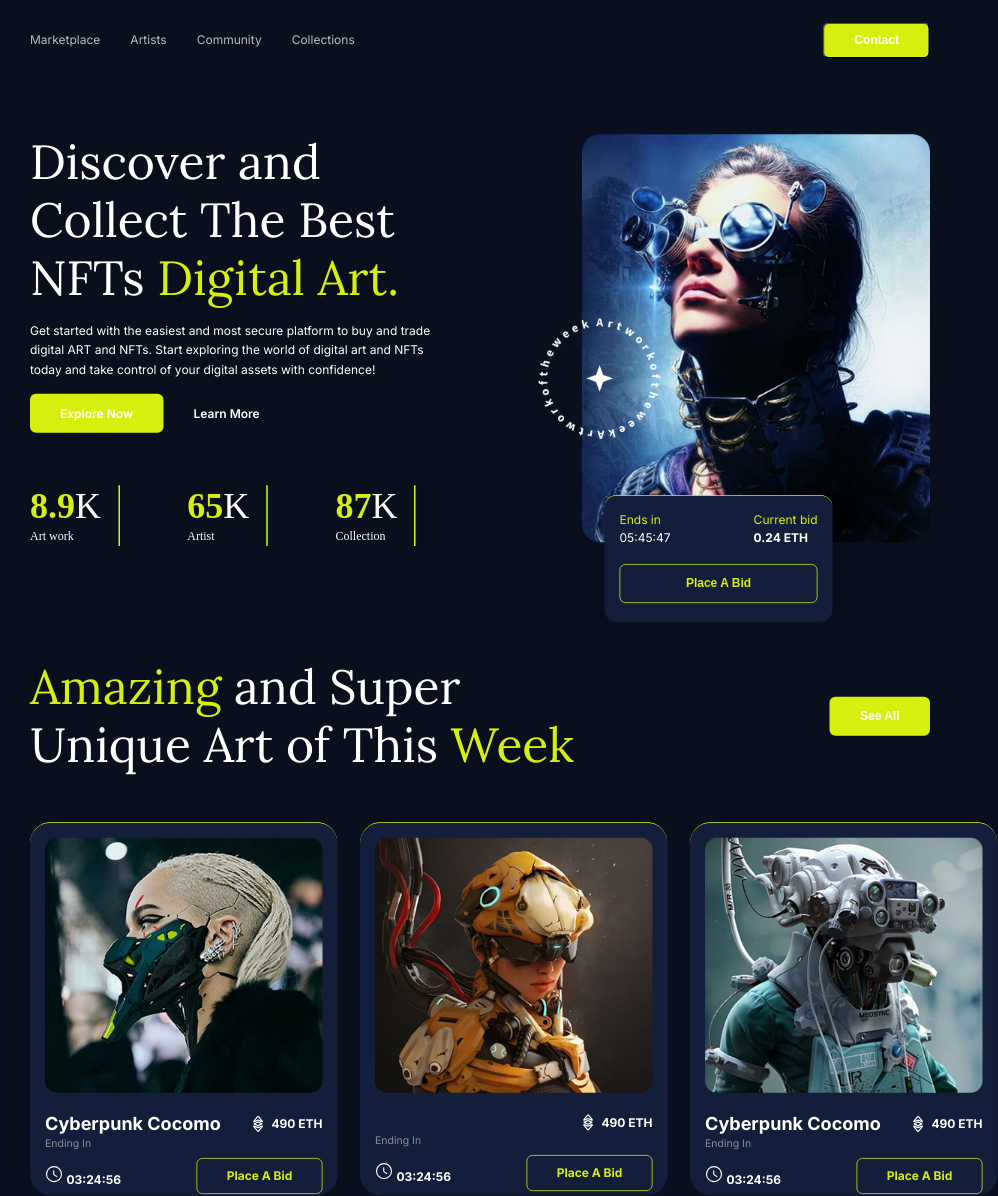
Repository: Kamron5505/NftMarketplace
Page: index.html
An editor plug-in stored every save of this project. The page is shown before and after the next save, followed by the edit.
The browser window is 1280 px wide. The page is 1330 px wide, so the pictures cover 1330 px, including what lies to the right of the window. The pictures show the whole page, at 75% of full size.

Above is the page before, as saved 2025-07-09 14:53:48.

### index.html
<!DOCTYPE html>
<html lang="en">

<head>
    <meta charset="UTF-8">
    <meta name="viewport" content="width=device-width, initial-scale=1.0">
    <title>NFTMarketplace Landing</title>
    <link rel="stylesheet" href="./style.css">
    <link
        href="https://fonts.googleapis.com/css2?family=Inter:wght@400;600;700&family=Source+Sans+Pro:wght@400;600;700&family=Lora:wght@400;700&display=swap"
        rel="stylesheet">

</head>

<body>
    <header class="header">
        <div class="container">
            <nav class="nav">
                <ul class="nav-list">
                    <li class="nav-item"><a href="#" class="nav-link">Marketplace</a></li>
                    <li class="nav-item"><a href="#" class="nav-link">Artists</a></li>
                    <li class="nav-item"><a href="#" class="nav-link">Community</a></li>
                    <li class="nav-item"><a href="#" class="nav-link">Collections</a></li>
                </ul>
                <button class="header-contact-btn">Contact</button>
            </nav>
        </div>
    </header>
    <main class="main">
        <section class="nft-section">
            <div class="container">
                <div class="nft-wrapper">
                    <div class="content-left">
                        <h1 class="title">
                            Discover and <br>
                            Collect The Best <br>
                            NFTs <span class="highlight"> Digital Art.</span>
                        </h1>

                        <p class="description">
                            Get started with the easiest and most secure platform to buy and trade digital ART and NFTs.
                            Start exploring the world of digital art and NFTs today and take control of your digital
                            assets with confidence!
                        </p>

                        <div class="buttons">
                            <a href="#" class="btn btn-primary">Explore Now</a>
                            <a href="#" class="btn btn-secondary">Learn More</a>
                        </div>

                        <div class="stats">
                            <div class="stat">
                                <div class="number">8.9<span class="note">K</span></div>
                                <div class="label">Art work</div>
                            </div>
                            <div class="stat">
                                <div class="number">65<span class="note">K</span></div>
                                <div class="label">Artist</div>
                            </div>
                            <div class="stat">
                                <div class="number">87<span class="note">K</span></div>
                                <div class="label">Collection</div>
                            </div>
                        </div>
                    </div>
                    <div class="content-right">
                        <div class="header-image">
                            <img src="./images/main-header-img.png" alt="NFT Image" class="hero-image">
                            <img src="./images/circle.png" alt="" class="circle-image">
                        </div>
                        <div class="nft-card">
                            <div class="nft-card__info">
                                <div class="nft-card__timer">
                                    <span class="value ">Ends in</span>
                                    <span class="nft-note">05:45:47</span>
                                </div>
                                <div class="nft-card__bid">
                                    <span class="value ">Current bid</span>
                                    <span class="nft-card__note">0.24 ETH</span>
                                </div>
                                <button href="#" class="nft-card__btn nft-card__btn--bid">Place A Bid</button>
                            </div>
                        </div>
                    </div>
                </div>
            </div>
        </section>
        <section class="art-section">
            <div class="container">
                <div class="art-section__header">
                    <h2 class="art-section__title">
                        <span class="text-highlight">Amazing</span>
                        and Super <br>
                        Unique Art of This
                        <span class="text-highlight">Week</span>
                    </h2>
                    <button href="#" class="art-section__btn-view-all">See All</button>
                </div>
                <div class="art-section__cards">
                    <div class="art-card">
                        <img src="./images/Cyberpunk Cocomo 490ETH.png" alt="Cyberpunk Cocomo"
                            class="art-card__image" />
                        <div class="art-card-name">
                            <h3 class="art-card__title">Cyberpunk Cocomo</h3>

                            <div class="art-card-price-wrapper">
                                <svg width="24" height="25" viewBox="0 0 24 25" fill="none"
                                    xmlns="http://www.w3.org/2000/svg">
                                    <path
                                        d="M6.90001 9.6L11.7 7.5C11.9 7.4 12.1 7.4 12.4 7.5L17.2 9.6C17.6 9.8 18 9.3 17.7 8.9L12.7 2.8C12.4 2.4 11.8 2.4 11.5 2.8L6.50001 8.9C6.10001 9.3 6.50001 9.8 6.90001 9.6Z"
                                        stroke="white" stroke-width="1.5" stroke-miterlimit="10" stroke-linecap="round"
                                        stroke-linejoin="round" />
                                    <path
                                        d="M6.90001 15.4L11.7 17.5C11.9 17.6 12.1 17.6 12.4 17.5L17.2 15.4C17.6 15.2 18 15.7 17.7 16.1L12.7 22.2C12.4 22.6 11.8 22.6 11.5 22.2L6.50001 16.1C6.10001 15.7 6.50001 15.2 6.90001 15.4Z"
                                        stroke="white" stroke-width="1.5" stroke-miterlimit="10" stroke-linecap="round"
                                        stroke-linejoin="round" />
                                    <path d="M12 9.90002L6.79999 12.5L12 15.1L17.2 12.5L12 9.90002Z" stroke="white"
                                        stroke-width="1.5" stroke-miterlimit="10" stroke-linecap="round"
                                        stroke-linejoin="round" />
                                </svg>
                                <p class="art-card__price">490 ETH</p>
                            </div>
                        </div>

                        <div class="art-card__info">
                            <div class="art-card__time">
                                <p class="art-card__time__ending">Ending In</p>
                                <div class="art-card__time-row">
                                    <div>
                                        <i class="icon-clock">
                                            <svg width="24" height="25" viewBox="0 0 24 25" fill="none"
                                                xmlns="http://www.w3.org/2000/svg">
                                                <path
                                                    d="M22 12.5C22 18.02 17.52 22.5 12 22.5C6.48 22.5 2 18.02 2 12.5C2 6.98 6.48 2.5 12 2.5C17.52 2.5 22 6.98 22 12.5Z"
                                                    stroke="white" stroke-width="1.5" stroke-linecap="round"
                                                    stroke-linejoin="round" />
                                                <path
                                                    d="M15.71 15.68L12.61 13.83C12.07 13.51 11.63 12.74 11.63 12.11V8.01001"
                                                    stroke="white" stroke-width="1.5" stroke-linecap="round"
                                                    stroke-linejoin="round" />
                                            </svg>
                                        </i>
                                        <span class="art-card__time-text">03:24:56</span>
                                    </div>

                                    <button class="art-card__btn-bid">Place A Bid</button>
                                </div>
                            </div>
                        </div>



                    </div>
                    <div class="art-card">
                        <img src="./images/Charge, Qi tiao yu.png" alt="Cyberpunk Cocomo"
                            class="art-card__image" />
                        <div class="art-card-name">
                            <h3 class="art-card__title"></h3>

                            <div class="art-card-price-wrapper">
                                <svg width="24" height="25" viewBox="0 0 24 25" fill="none"
                                    xmlns="http://www.w3.org/2000/svg">
                                    <path
                                        d="M6.90001 9.6L11.7 7.5C11.9 7.4 12.1 7.4 12.4 7.5L17.2 9.6C17.6 9.8 18 9.3 17.7 8.9L12.7 2.8C12.4 2.4 11.8 2.4 11.5 2.8L6.50001 8.9C6.10001 9.3 6.50001 9.8 6.90001 9.6Z"
                                        stroke="white" stroke-width="1.5" stroke-miterlimit="10" stroke-linecap="round"
                                        stroke-linejoin="round" />
                                    <path
                                        d="M6.90001 15.4L11.7 17.5C11.9 17.6 12.1 17.6 12.4 17.5L17.2 15.4C17.6 15.2 18 15.7 17.7 16.1L12.7 22.2C12.4 22.6 11.8 22.6 11.5 22.2L6.50001 16.1C6.10001 15.7 6.50001 15.2 6.90001 15.4Z"
                                        stroke="white" stroke-width="1.5" stroke-miterlimit="10" stroke-linecap="round"
                                        stroke-linejoin="round" />
                                    <path d="M12 9.90002L6.79999 12.5L12 15.1L17.2 12.5L12 9.90002Z" stroke="white"
                                        stroke-width="1.5" stroke-miterlimit="10" stroke-linecap="round"
                                        stroke-linejoin="round" />
                                </svg>
                                <p class="art-card__price">490 ETH</p>
                            </div>
                        </div>

                        <div class="art-card__info">
                            <div class="art-card__time">
                                <p class="art-card__time__ending">Ending In</p>
                                <div class="art-card__time-row">
                                    <div>
                                        <i class="icon-clock">
                                            <svg width="24" height="25" viewBox="0 0 24 25" fill="none"
                                                xmlns="http://www.w3.org/2000/svg">
                                                <path
                                                    d="M22 12.5C22 18.02 17.52 22.5 12 22.5C6.48 22.5 2 18.02 2 12.5C2 6.98 6.48 2.5 12 2.5C17.52 2.5 22 6.98 22 12.5Z"
                                                    stroke="white" stroke-width="1.5" stroke-linecap="round"
                                                    stroke-linejoin="round" />
                                                <path
                                                    d="M15.71 15.68L12.61 13.83C12.07 13.51 11.63 12.74 11.63 12.11V8.01001"
                                                    stroke="white" stroke-width="1.5" stroke-linecap="round"
                                                    stroke-linejoin="round" />
                                            </svg>
                                        </i>
                                        <span class="art-card__time-text">03:24:56</span>
                                    </div>

                                    <button class="art-card__btn-bid">Place A Bid</button>
                                </div>
                            </div>
                        </div>
                    </div>
                    <div class="art-card">
                        <img src="./images/Surgeon, Josh Rife.png" alt="Cyberpunk Cocomo"
                            class="art-card__image" />
                        <div class="art-card-name">
                            <h3 class="art-card__title">Cyberpunk Cocomo</h3>

                            <div class="art-card-price-wrapper">
                                <svg width="24" height="25" viewBox="0 0 24 25" fill="none"
                                    xmlns="http://www.w3.org/2000/svg">
                                    <path
                                        d="M6.90001 9.6L11.7 7.5C11.9 7.4 12.1 7.4 12.4 7.5L17.2 9.6C17.6 9.8 18 9.3 17.7 8.9L12.7 2.8C12.4 2.4 11.8 2.4 11.5 2.8L6.50001 8.9C6.10001 9.3 6.50001 9.8 6.90001 9.6Z"
                                        stroke="white" stroke-width="1.5" stroke-miterlimit="10" stroke-linecap="round"
                                        stroke-linejoin="round" />
                                    <path
                                        d="M6.90001 15.4L11.7 17.5C11.9 17.6 12.1 17.6 12.4 17.5L17.2 15.4C17.6 15.2 18 15.7 17.7 16.1L12.7 22.2C12.4 22.6 11.8 22.6 11.5 22.2L6.50001 16.1C6.10001 15.7 6.50001 15.2 6.90001 15.4Z"
                                        stroke="white" stroke-width="1.5" stroke-miterlimit="10" stroke-linecap="round"
                                        stroke-linejoin="round" />
                                    <path d="M12 9.90002L6.79999 12.5L12 15.1L17.2 12.5L12 9.90002Z" stroke="white"
                                        stroke-width="1.5" stroke-miterlimit="10" stroke-linecap="round"
                                        stroke-linejoin="round" />
                                </svg>
                                <p class="art-card__price">490 ETH</p>
                            </div>
                        </div>

                        <div class="art-card__info">
                            <div class="art-card__time">
                                <p class="art-card__time__ending">Ending In</p>
                                <div class="art-card__time-row">
                                    <div>
                                        <i class="icon-clock">
                                            <svg width="24" height="25" viewBox="0 0 24 25" fill="none"
                                                xmlns="http://www.w3.org/2000/svg">
                                                <path
                                                    d="M22 12.5C22 18.02 17.52 22.5 12 22.5C6.48 22.5 2 18.02 2 12.5C2 6.98 6.48 2.5 12 2.5C17.52 2.5 22 6.98 22 12.5Z"
                                                    stroke="white" stroke-width="1.5" stroke-linecap="round"
                                                    stroke-linejoin="round" />
                                                <path
                                                    d="M15.71 15.68L12.61 13.83C12.07 13.51 11.63 12.74 11.63 12.11V8.01001"
                                                    stroke="white" stroke-width="1.5" stroke-linecap="round"
                                                    stroke-linejoin="round" />
                                            </svg>
                                        </i>
                                        <span class="art-card__time-text">03:24:56</span>
                                    </div>

                                    <button class="art-card__btn-bid">Place A Bid</button>
                                </div>
                            </div>
                        </div>



                    </div>
                </div>

            </div>
        </section>
    </main>
</body>

</html>

Loaded but not shown: style.css (455 lines, source omitted)

After the next save:
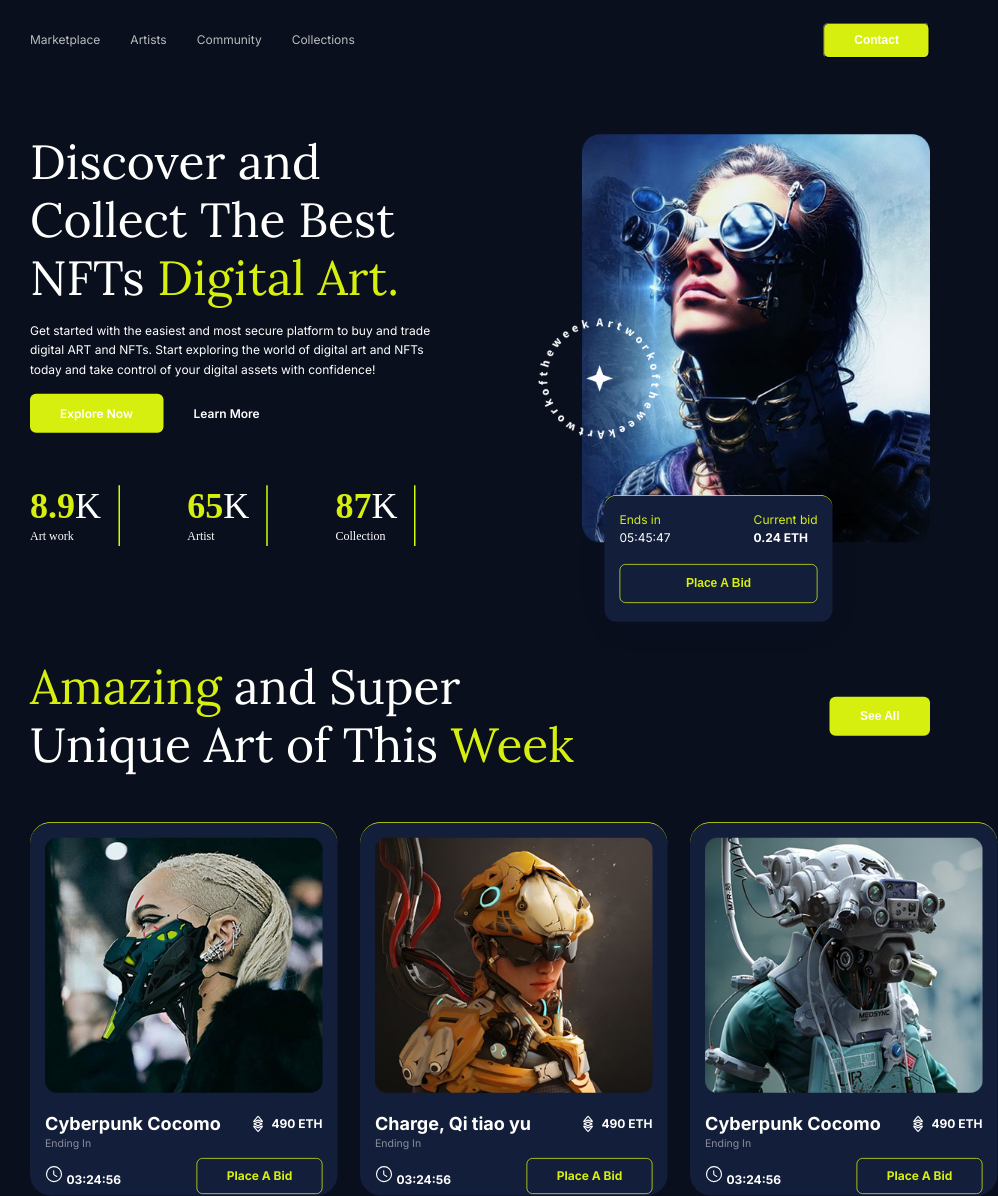
Saved 4 s later.
--- a/index.html
+++ b/index.html
@@ -152,10 +152,9 @@
 
                     </div>
                     <div class="art-card">
-                        <img src="./images/Charge, Qi tiao yu.png" alt="Cyberpunk Cocomo"
-                            class="art-card__image" />
+                        <img src="./images/Charge, Qi tiao yu.png" alt="Cyberpunk Cocomo" class="art-card__image" />
                         <div class="art-card-name">
-                            <h3 class="art-card__title"></h3>
+                            <h3 class="art-card__title">Charge, Qi tiao yu</h3>
 
                             <div class="art-card-price-wrapper">
                                 <svg width="24" height="25" viewBox="0 0 24 25" fill="none"
@@ -203,8 +202,7 @@
                         </div>
                     </div>
                     <div class="art-card">
-                        <img src="./images/Surgeon, Josh Rife.png" alt="Cyberpunk Cocomo"
-                            class="art-card__image" />
+                        <img src="./images/Surgeon, Josh Rife.png" alt="Cyberpunk Cocomo" class="art-card__image" />
                         <div class="art-card-name">
                             <h3 class="art-card__title">Cyberpunk Cocomo</h3>
 
